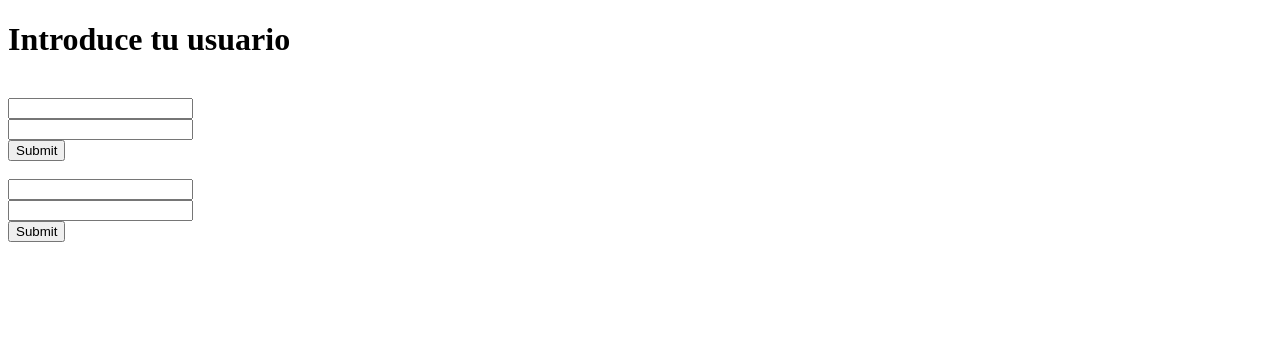
Repository: rodrigoconcham/Calendario
Page: http://localhost/WebCalendario/login.jsp
The author's editor kept a copy of each file at every save. The page is drawn from the files as they stood at one save, then again after the next save.
The browser window is 1280 px wide. The pictures show the whole page.
The page is served by Tomcat 9.

Above is the page before, as saved 2014-11-10 18:27:09.

After the next save:
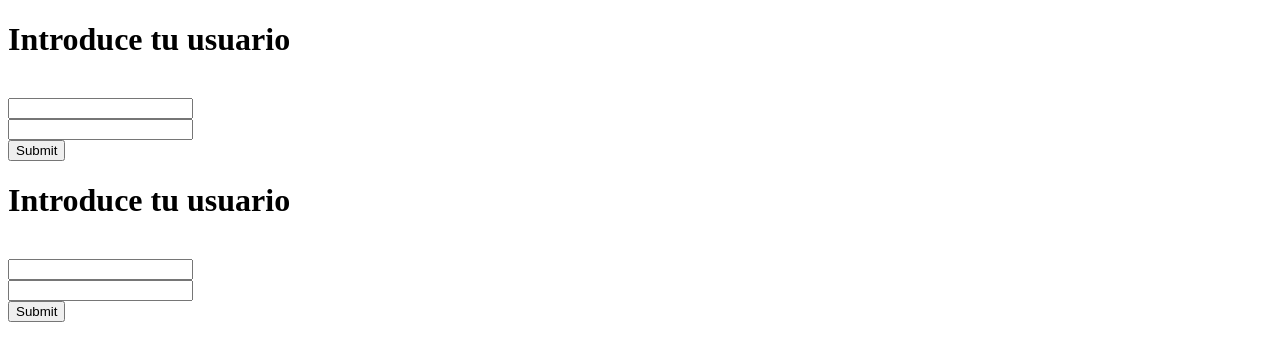
Saved 18 s later.
--- a/WebCalendario/WebContent/login.jsp
+++ b/WebCalendario/WebContent/login.jsp
@@ -15,6 +15,8 @@
 
 </form>
 
+
+<h1> Introduce tu usuario</h1>
 <form method="post" action ="acciones/nuevologin.jsp"><br>
     <input type ="text" name ="usuario"><br>
     <input type ="text" name ="password"><br>
